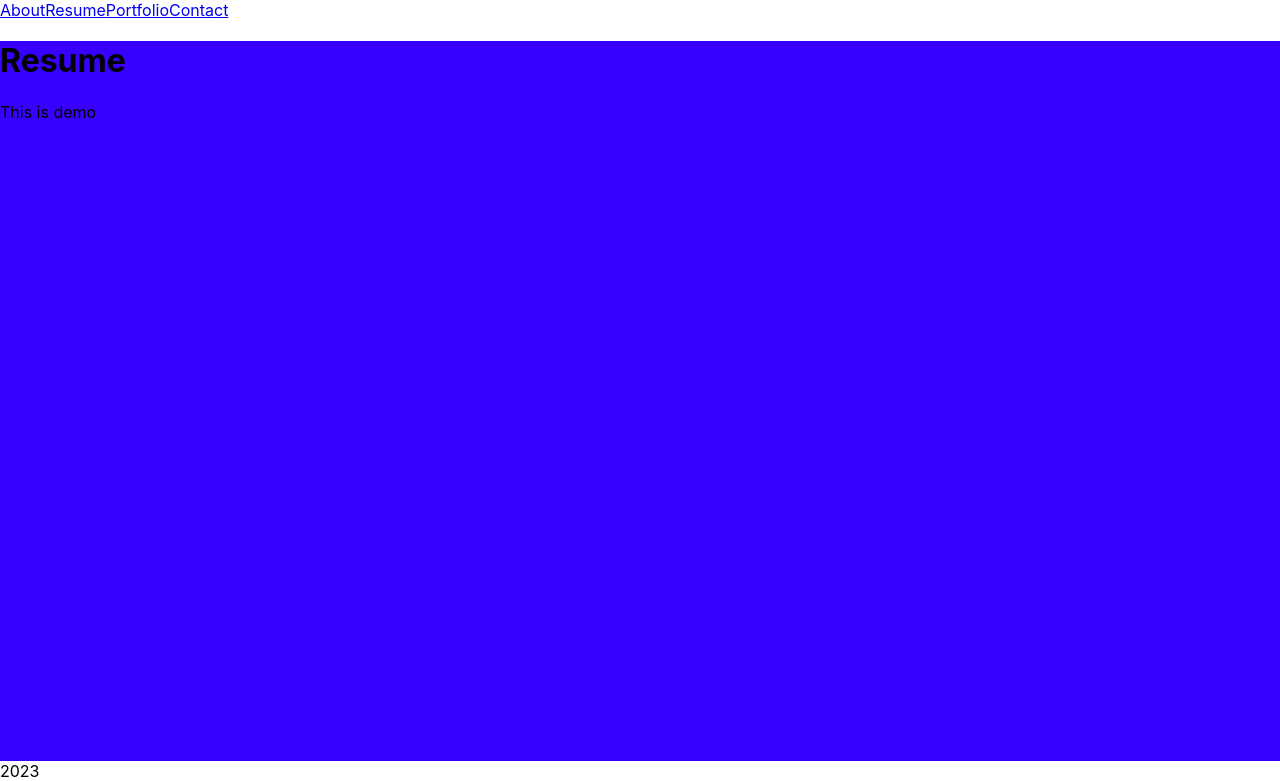
Repository: sparrowkg/myportfolio
Page: /resume (app in portfolioreact — копия/)
The author's editor kept a copy of each file at every save. The page is drawn from the files as they stood at one save, then again after a run of saves.
The browser window is 1280 px wide. The pictures show the whole page.
The project was rebuilt for these pictures with package versions that can differ from the ones it lists, and the page was loaded fresh each time. Also part of the build but not shown: portfolioreact — копия/src/pages/Aboutpage.jsx, portfolioreact — копия/src/pages/Portfoliopage.jsx, portfolioreact — копия/src/pages/Contactpage.jsx.

Above is the page before, as saved 2023-05-07 01:06:45.

### portfolioreact — копия/src/index.js
import React from 'react';
import ReactDOM from 'react-dom/client';
import './index.css';
import App from './App';

const root = ReactDOM.createRoot(document.getElementById('root'));
root.render(<App />)

### portfolioreact — копия/src/App.jsx
// import './App.css';
import { BrowserRouter, Routes, Route } from 'react-router-dom';
import {Aboutpage} from './pages/Aboutpage'
import {Resumepage} from './pages/Resumepage'
import {Portfoliopage} from './pages/Portfoliopage'
import {Contactpage} from './pages/Contactpage'
import {Layout} from './components/Layout'

function App() {
  return (
   <>
  < BrowserRouter>
   <Routes>
     <Route path="/" element ={<Layout />}>
       <Route index element={<Aboutpage/>} />
       <Route path="resume" element={<Resumepage/>} />
       <Route path="portfolio" element={<Portfoliopage/>} />
       <Route path="contact" element={<Contactpage/>} />
     </Route>
    </Routes>
   </BrowserRouter>
   </>
  );
}

export default App;

### portfolioreact — копия/src/pages/Resumepage.jsx
import './stylepages.css'

const Resumepage =() => {
  return (
    <div className='resumepage-main'>
      <h1>Resume</h1>
      <p>This is demo</p>
    </div>
  )
}

export {Resumepage}

### portfolioreact — копия/src/components/Layout.jsx
import { Link, Outlet } from 'react-router-dom';
// import { CustomLink } from './CustomLink';

// const setActive = ({ isActive }) => isActive ? 'active-link' : '';

const Layout = () => {
  return (
    <>
      <header>
        <Link to="/">About</Link>
        <Link to="/Resumepage">Resume</Link>
        <Link to="/Portfoliopage">Portfolio</Link>
        <Link to="/Contactpage">Contact</Link>
      </header>
      <main className='container'>
        <Outlet />
      </main>
      <footer className='container'>2023</footer>
    </>
  )
}

export { Layout };

### portfolioreact — копия/src/pages/stylepages.css
.about-main {
  width: 100%;
  height: 100vh;
  background-color: aqua;
}

.contactpage-main {
  width: 100%;
  height: 100vh;
  background-color: blue;
}

.portfoliopage-main {
  width: 100%;
  height: 100vh;
  background-color: rgb(2, 31, 31);
}

.resumepage-main {
  width: 100%;
  height: 100vh;
  background-color: rgb(55, 0, 255);
}

Loaded but not shown: portfolioreact — копия/public/index.html (common file); portfolioreact — копия/src/index.css (common file)

After the next 2 saves:
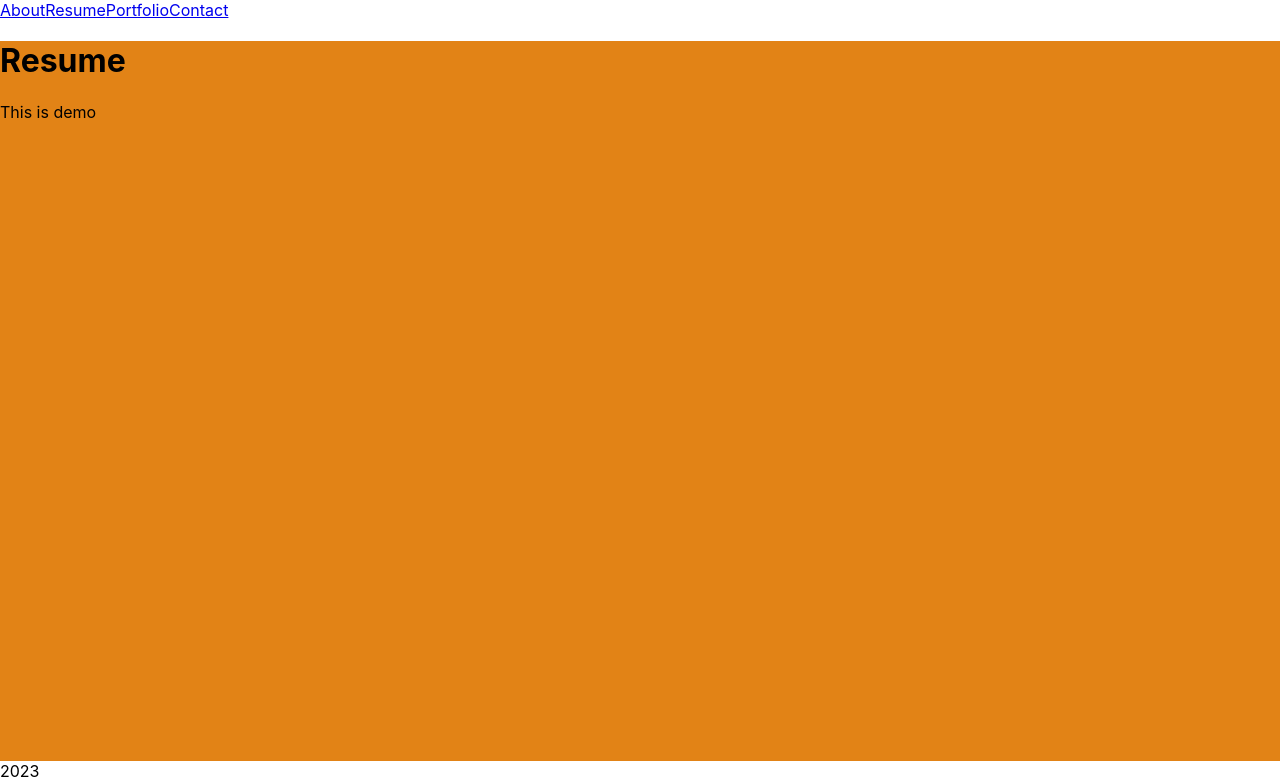
The 2 saves are shown as one change because they came seconds apart.
The last was saved 14 s later.
--- a/portfolioreact — копия/src/pages/stylepages.css
+++ b/portfolioreact — копия/src/pages/stylepages.css
@@ -19,5 +19,5 @@
 .resumepage-main {
   width: 100%;
   height: 100vh;
-  background-color: rgb(55, 0, 255);
+  background-color: rgb(226, 131, 22);
 }
